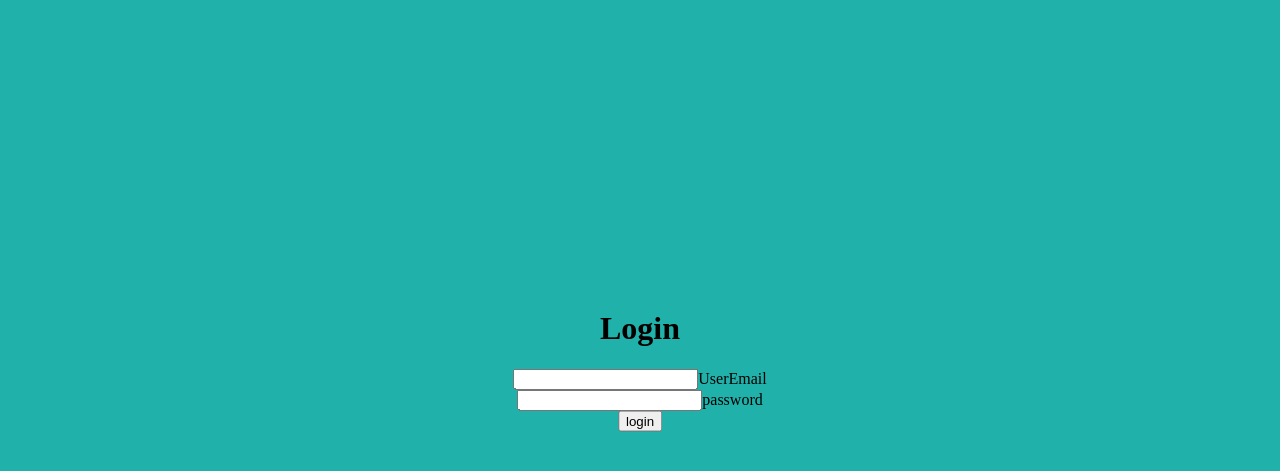
Repository: Aref19/eshop_frontEnd
Page: /
These files come from the project's save history. The page is drawn as it stood at one moment and after a run of saves; the edit follows.
The browser window is 1280 px wide. The pictures show the whole page.
The project was rebuilt for these pictures with package versions that can differ from the ones it lists, and the page was loaded fresh each time.

Above is the page before, as saved 2023-02-23 20:39:39.

After the next 6 saves:
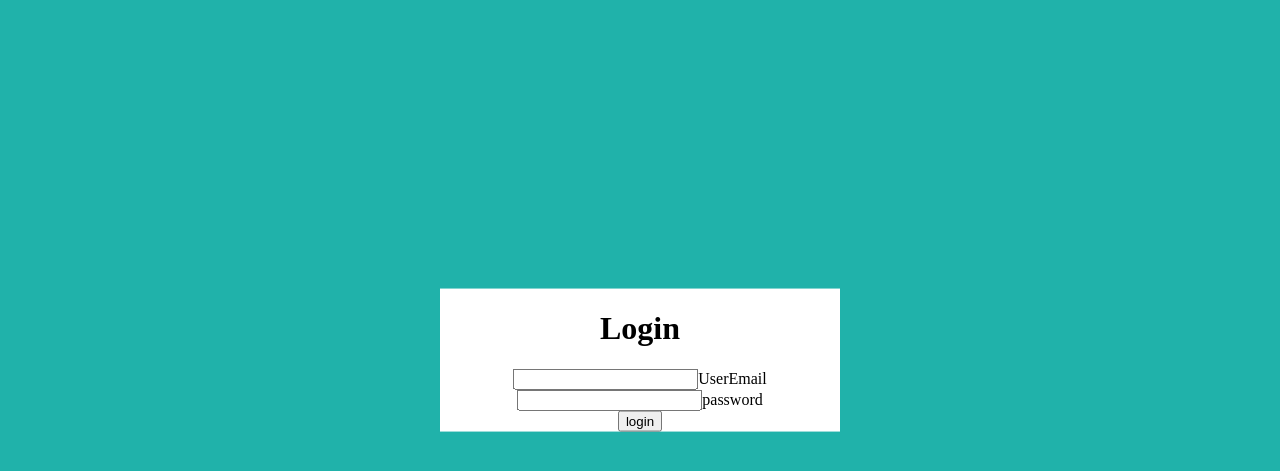
The 6 saves are shown as one change because they came seconds apart.
The last was saved 9 min 55 s later.
--- a/src/css/Login.css
+++ b/src/css/Login.css
@@ -14,5 +14,7 @@ body{
     top: 50%;
     left: 50%;
     transform: translate(-50%,-50%);
+    width: 400px;
+    background-color: white;
 
 }
